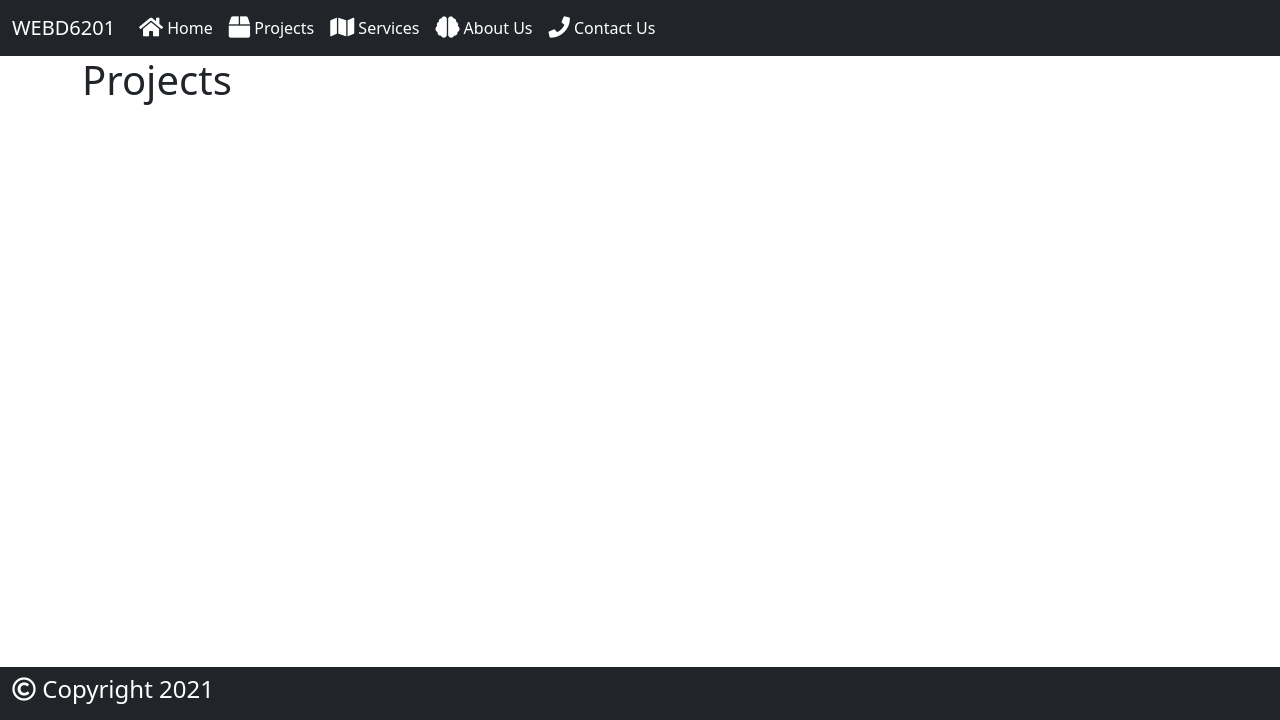
Repository: AshokSasi/WEBD6201-ASasi-JYuan-Lab2
Page: projects.html
An editor plug-in stored every save of this project. The page is shown before and after the next save, followed by the edit.
The browser window is 1280 px wide. The pictures show the whole page.

Above is the page before, as saved 2021-01-28 20:58:00.

### projects.html
<!DOCTYPE html>
<html lang="en">
<head>
    <meta charset="UTF-8">
    <meta name="viewport" content="width=device-width, initial-scale=1.0">
    <title>Projects</title>
    <!-- CSS Section-->
    <link rel="stylesheet" href="./Content/app.css">
    <link rel="stylesheet" href="./node_modules/bootstrap/dist/css/bootstrap.min.css">
    <link rel="stylesheet" href="./node_modules/@fortawesome/fontawesome-free/css/all.min.css">
</head>
<body>
   <!-- Main Header -->
   <header>
    <!--main navbar-->
      <nav class="navbar navbar-expand-lg navbar-dark bg-dark">
          <div class="container-fluid">
            <a class="navbar-brand" href="index.html">WEBD6201</a>
            <button class="navbar-toggler" type="button" data-bs-toggle="collapse" data-bs-target="#navbarSupportedContent" aria-controls="navbarSupportedContent" aria-expanded="false" aria-label="Toggle navigation">
              <span class="navbar-toggler-icon"></span>
            </button>
            <div class="collapse navbar-collapse" id="navbarSupportedContent">
              <ul class="navbar-nav me-auto mb-2 mb-lg-0">
                <li class="nav-item">
                  <a class="nav-link active" aria-current="page" href="index.html"><i class="fas fa-home fa-lg"></i> Home</a>
                </li>
                <li class="nav-item">
                  <a class="nav-link active" aria-current="page" href="projects.html"><i class="fas fa-box fa-lg"></i> Projects</a>
                </li>
                <li class="nav-item">
                  <a class="nav-link active" aria-current="page" href="services.html"><i class="fas fa-map fa-lg"></i> Services</a>
                </li>
                <li class="nav-item">
                  <a class="nav-link active" aria-current="page" href="about.html"><i class="fas fa-brain fa-lg"></i> About Us</a>
                </li>
                <li class="nav-item">
                  <a class="nav-link active" aria-current="page" href="contact.html"><i class="fas fa-phone fa-lg"></i> Contact Us</a>
                </li>
              </ul>

            </div>
          </div>
        </nav>
  </header>

    <!-- Main Content-->
    <main class="container">
        <h1>Projects</h1>


    </main>

    <!--Main Footer Nav -->
  <!--Main Footer Nav -->
  <footer>
    <nav class="navbar fixed-bottom navbar-dark bg-dark">
        <div class="container-fluid">
          <h4 class="footerContent"><i class="far fa-copyright"></i> Copyright 2021</h4>
        </div>
      </nav>
</footer>
    <!--Javascript section-->
    <script src="./Scripts/app.js"></script>
    <script src="./node_modules/jquery/dist/jquery.min.js"></script>
    <script src="./node_modules/bootstrap/dist/js/bootstrap.bundle.min.js"></script>
</body>
</html>

### Content/app.css
body.bg-image{
    background-image : url('../img/bg-img.png');
    background-repeat: no-repeat;
    background-attachment: fixed;
    background-size: 100% 100%;

}
.gradientBg{
    color: white;
    border-radius: 10px;
    width: 70%;
    height: 100px;
    margin: 50px auto;
    background: linear-gradient(35deg,#160b52,#2f55d1,#3d68f5)
}
.contactUsForm{
   margin: 100px auto;
   width: 300px ;
}
.container{

  /*  background: linear-gradient(35deg,#160b52,#2f51be)*/
}
footer{
    color:white;
}

### Scripts/app.js
/* custom JavaScript goes here */

//IIFE - Immediately Invoked Function Expression
//AKA - Anonymous Self-Executing Function
//Closure - limits scope leak


"use strict";

(function()
{
function displayHome()
{

      // let paragraphOneText = "This is a simple site to demonstrate DOM Manipulation for ICE 1";

        //Different ways to select a paragraph element "paragraph one"
      //  let paragraphOneElement = document.getElementById("paragraphOne");

       // paragraphOneElement.textContent = paragraphOneText;
       // paragraphOneElement.className = "fs-5";

        // step 1. Create an element
     //   let newParagraph = document.createElement("p");
        //step 2. configure element
      //  newParagraph.setAttribute("id", "paragraphTwo");
       // newParagraph.textContent = "...And this is paragraph two";
       // //Step 3. select the parent element
      //  let mainContent = document.getElementsByTagName("main")[0];
        //step 4. Add/insert the element
      //  mainContent.appendChild(newParagraph);

        newParagraph.className = "fs-6";

        //////another way to add an element ///////
        //let paragraphThree =`<p class="fs-7 fw-bold">And this is the Third Paragraph</p>`;
        //mainContent.innerHTML = paragraphThree;

      //  let paragraphDiv = document.createElement("div");
       // let paragraphThree = `<p id="paragraphThree" class="fs-7 fw-bold">And this is the third paragraph</p>`
       // paragraphDiv.innerHTML = paragraphThree;

        //insertion before a node
        //newParagraph.before(paragraphDiv);
      //  newParagraph.after(paragraphDiv);

        //deletions
        //paragraphOneElement.remove();
      //  mainContent.removeChild(paragraphOneElement);

        //Update / modification of an element
        //mainContent.firstElementChild.textContent = "Welcome Home!";

      //  mainContent.innerHTML =
      //  `<h1 id="firstHeading">Welcome to WEBD6201 - Lab 1</h1>
      //  <p id="paragraphOne" class="fs-3 fw-bold">This is my first paragraph</p>`

}
function displayAbout()
{

}
function displayProjects()
{

}
function displayServices()
{

}

function displayContact()
{
    let messageArea = document.getElementById("messageArea");
    messageArea.hidden = true;
    //form validation
    let fullName = document.getElementById("fullName");
        fullName.addEventListener("blur", function()
        {
            if(fullName.value.length < 2)
            {
                fullName.focus();
                fullName.select();
                messageArea.hidden = false;
                messageArea.textContent = "Please enter an appropriate Name";
            }
            else
            {
                messageArea.removeAttribute("class");
                messageArea.hidden = true;
            }
        });


    let sendButton = document.getElementById("sendButton");
    sendButton.addEventListener("click", function(event)
    {
        //event.preventDefault();
        let contact = new Contact(fullName.value, contactNumber.value, emailAddress.value);

        if(contact.serialize())
        {
            localStorage.setItem((localStorage.length + 1).toString(), contact.serialize());
        }

    });
}


    function Start()
    {
        console.log("App Started...");

        switch(document.title)
        {
            case "Home":
                displayHome();
                break;
            case "About":
                displayAbout();
                break;
            case "Projects":
                displayProjects();
                break;
            case "Services":
                displayServices();
                break;
            case "Contact":
                displayContact();
                break;

        }

    }



    window.addEventListener("load", Start);

})();

Loaded but not shown: node_modules/bootstrap/dist/css/bootstrap.min.css (library); node_modules/@fortawesome/fontawesome-free/css/all.min.css (library); node_modules/jquery/dist/jquery.min.js (library); node_modules/bootstrap/dist/js/bootstrap.bundle.min.js (library)

After the next save:
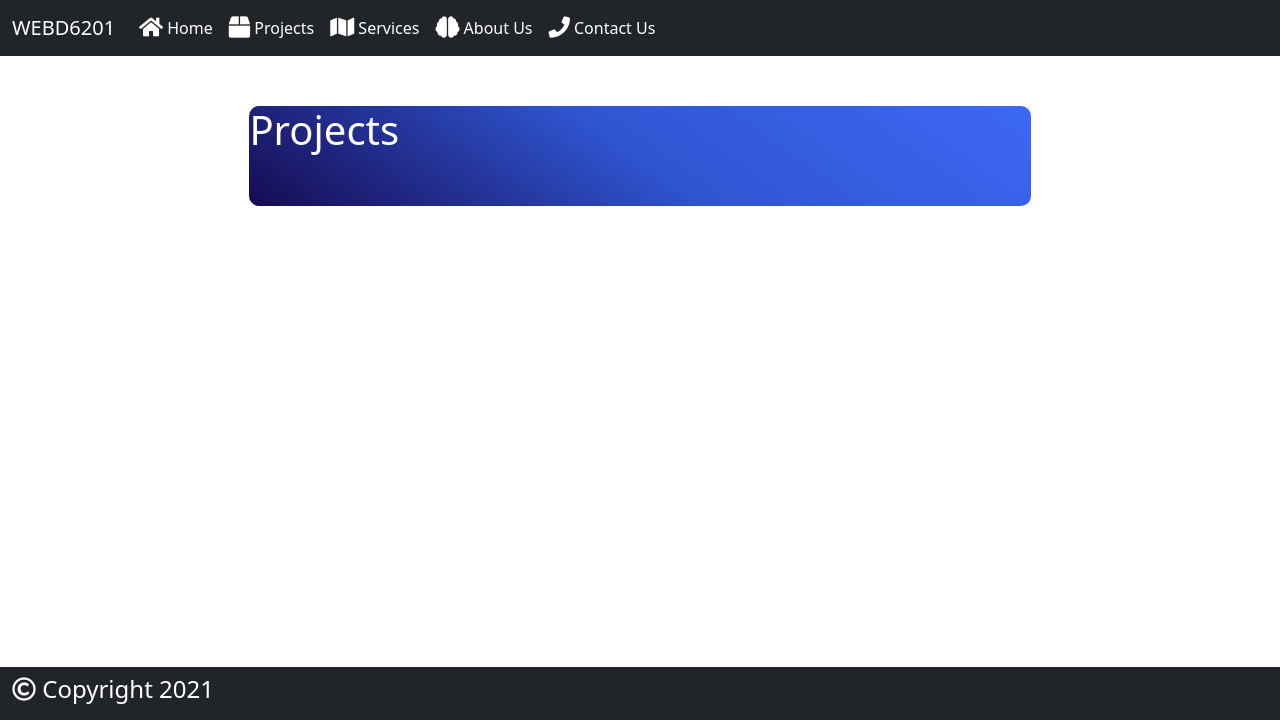
Saved 12 s later.
--- a/projects.html
+++ b/projects.html
@@ -45,7 +45,7 @@
 
     <!-- Main Content-->
     <main class="container">
-        <h1>Projects</h1>
+        <h1 class="gradientBg">Projects</h1>
 
 
     </main>
